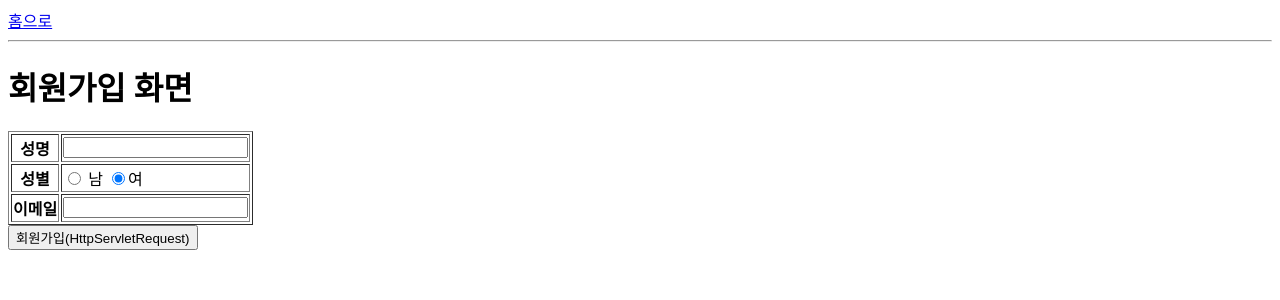
Repository: honsb91/Study_Spring
Page: http://localhost/01.Web/member
An editor plug-in stored every save of this project. The page is shown before and after the next save, followed by the edit.
The browser window is 1280 px wide. The pictures show the whole page.
The page is served by Tomcat 9. Other server files are loaded and not shown.

Above is the page before, as saved 2023-12-20 07:18:51.

### WorkSpace/01.Web/src/main/webapp/WEB-INF/views/member/join.jsp
<%@ page language="java" contentType="text/html; charset=UTF-8"
    pageEncoding="UTF-8"%>
<%@ taglib uri="http://java.sun.com/jsp/jstl/core" prefix="c"%>
<!DOCTYPE html>
<html>
<head>
<meta charset="UTF-8">
<title>Insert title here</title>
</head>
<body>
<a href="<c:url value='/'/>">홈으로</a>
<hr>
	<h1>회원가입 화면</h1>
	<form method="post" action="joinRequest">
		<table border="1">
		<tr><th>성명</th>
			<td><input type="text" name="name"></td>
		</tr>
		<tr><th>성별</th>
			<td>
				<input type="radio" name="gender" id="male" value="남">
				<label for="male">남</label>
				<label><input type="radio" name="gender" value="여" checked>여</label>
			</td>
		</tr>
		<tr><th>이메일</th>
			<td>
				<input type="text" name="email">
			</td>
		</tr>
		</table>
		<input type="submit" value="회원가입(HttpServletRequest)">
	</form>
</body>
</html>

After the next save:
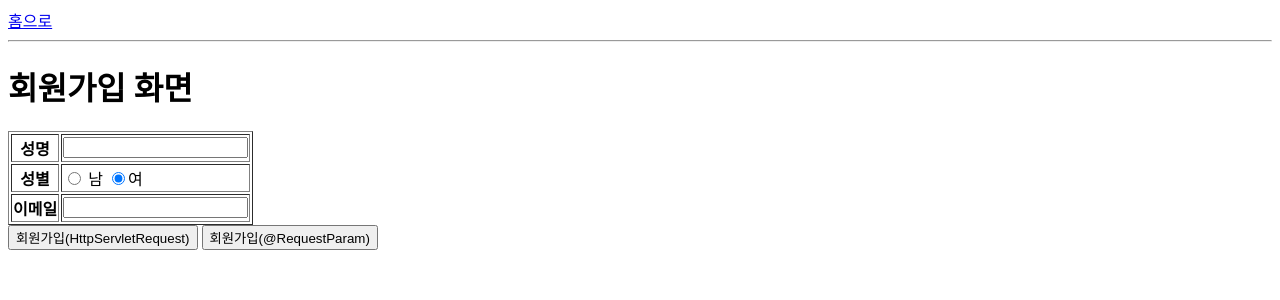
Saved 83 s later.
--- a/WorkSpace/01.Web/src/main/webapp/WEB-INF/views/member/join.jsp
+++ b/WorkSpace/01.Web/src/main/webapp/WEB-INF/views/member/join.jsp
@@ -30,6 +30,7 @@
 		</tr>
 		</table>
 		<input type="submit" value="회원가입(HttpServletRequest)">
+		<input type="submit" value="회원가입(@RequestParam)">
 	</form>
 </body>
 </html>
